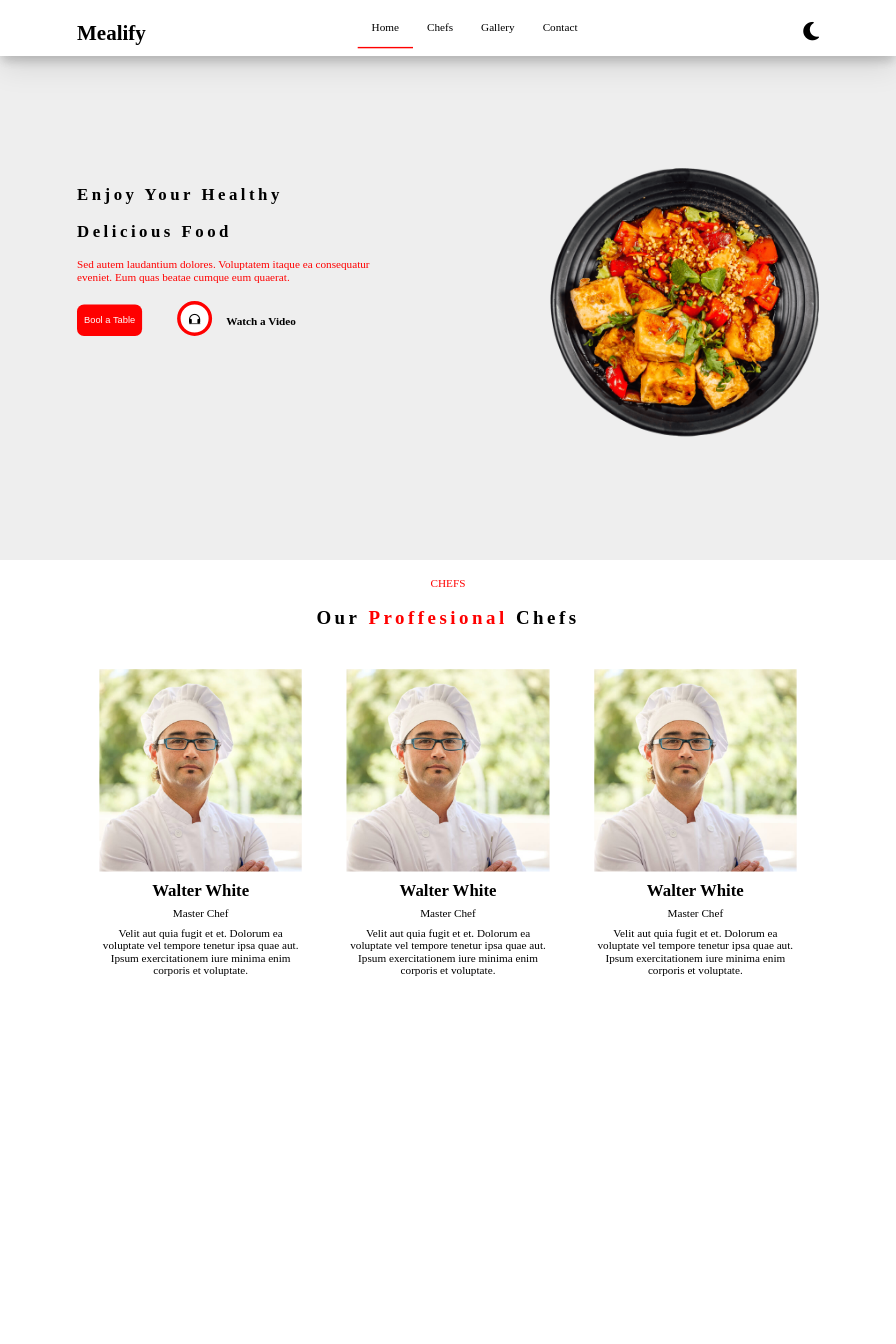
Repository: Ahmedalid/New-project
Page: Rout/index.html
The author's editor kept a copy of each file at every save. The page is drawn from the files as they stood at one save, then again after the next save.
The browser window is 1280 px wide. The pictures show the part of the page from y = 0 to 1920 px (the page is 5000 px tall), at 70% of full size.

Above is the page before, as saved 2023-06-08 11:19:20.

### Rout/index.html
<!DOCTYPE html>
<html lang="en">

<head>
    <meta charset="UTF-8">
    <meta http-equiv="X-UA-Compatible" content="IE=edge">
    <meta name="viewport" content="width=device-width, initial-scale=1.0">
    <link rel="stylesheet" href="https://cdnjs.cloudflare.com/ajax/libs/font-awesome/6.4.0/css/all.min.css">
    <link rel="stylesheet" href="css/style.css">
    <title>Document</title>
</head>

<body>
    <!-- Start NavBar -->
    <nav>
        <div class="div-nav">
            <div class="nav-logo">
                <h1>Mealify</h1>
            </div>
            <div class="nav-item">
                <ul>
                    <li><a href="default.asp" class="home-actiev">Home</a></li>
                    <li><a href="" class="text-color">Chefs</a></li>
                    <li><a href="" class="text-color">Gallery</a></li>
                    <li><a href="" class="text-color">Contact</a></li>
                </ul>
            </div>
            <div class="nav-icon">
                <span><i class="fa-solid fa-moon"></i></span>
            </div>
        </div>
    </nav>
    <!-- End NavBar -->

    <!-- Start Header -->
    <header>
        <div class="div-header">
            <div class="content-header container">
                <h2 class="mt li">Enjoy Your Healthy</h2>
                <h2 class="mt li">Delicious Food</h2>
                <p class="mt text-color">Sed autem laudantium dolores. Voluptatem itaque ea consequatur eveniet.
                    Eum quas beatae cumque eum quaerat.</p>
                <div class="d-flex">
                    <button class="btn-Boolatable">Bool a Table</button>
                    <div class="d-flex mt  ">
                        <a href="" class="icone-headphones"> <span class="headphones d-center"> <i
                                    class="fa-solid fa-headphones "></i></span> </a>
                        <span class="Video">Watch a Video</span>
                    </div>
                </div>
            </div>
            <div class="content-header container">
                <div class="img-header ">
                    <img src="img/hero-img.png" alt="">
                </div>
            </div>
        </div>
    </header>
    <!-- End Header -->
    <section class="container">
        <p class="text-center text-color mt">CHEFS</p>
        <h5 class="li text-center our-section mt">
            Our
            <span class="text-color">Proffesional</span>
            Chefs
        </h5>
        <!-- Card And Img -->
     <div class="d-bettwen">
        <div class="mt card-img">
            <div class="">
                <img src="img/chefs-3.jpg" alt="">
                <h2 class="text-center mt-1">Walter White </h5>
                <p class="text-center mt-1">Master Chef</p>
                <p class="text-center mt-1">
                    Velit aut quia fugit et et. Dolorum ea voluptate vel
                     tempore tenetur ipsa quae aut. Ipsum
                    exercitationem iure minima enim corporis et voluptate.
                </p>

            </div>

        </div>
        <div class="mt card-img">
            <div class="">
                <img src="img/chefs-3.jpg" alt="">
                <h2 class="text-center mt-1">Walter White </h5>
                <p class="text-center mt-1">Master Chef</p>
                <p class="text-center mt-1">
                    Velit aut quia fugit et et. Dolorum ea voluptate vel
                     tempore tenetur ipsa quae aut. Ipsum
                    exercitationem iure minima enim corporis et voluptate.
                </p>

            </div>

        </div>
        <div class="mt card-img">
            <div class="">
                <img src="img/chefs-3.jpg" alt="">
                <h2 class="text-center mt-1">Walter White </h5>
                <p class="text-center mt-1">Master Chef</p>
                <p class="text-center mt-1">
                    Velit aut quia fugit et et. Dolorum ea voluptate vel
                     tempore tenetur ipsa quae aut. Ipsum
                    exercitationem iure minima enim corporis et voluptate.
                </p>

            </div>

        </div>
    </div>
    </section>
</body>

</html>

### Rout/css/style.css
*{
    margin: 0;
    padding: 0;
    box-sizing: border-box;
}
body{
    height: 5000px;
}
nav{
    box-shadow: 0px 16px 43px 0px rgba(0,0,0,0.1),0px 10px 15px -3px rgba(0,0,0,0.1),0px 10px 15px -3px rgba(0,0,0,0.1);
       height: 80px;
       position: sticky;
       top: 0;
       left: 0;
       overflow: auto;
       background-color: white;
}
.div-nav{
     margin: auto 110px;
    display: flex;
   margin-top: 30px;
    justify-content: space-between;
}
.container{
    margin: auto 110px;
}
.nav-item ul li{
    list-style: none;

    width: 100%;

}
.nav-item ul li a{
     text-decoration: none;
     color: black;
     padding: 20px;
     outline: none;
     transition: 0.5;
     font-weight: 400;
}
.nav-item ul li a:hover{
    border-bottom: 2px solid red;
}
.nav-item ul {
          display: flex;
    justify-content: space-between;

}
.nav-logo h1{
    font-weight: bold;
    font-size: 30px;
}
.home-actiev{
    border-bottom: 2px solid red;
    font-weight: bold;
}
.nav-icon span i{
    font-size: 30px;
}
/* End NavBar */
/* Start Header */
/* Start Header */
.div-header{
    display: flex;
}
header{
    background-color: #eeeeee;
    overflow: auto;
    height: 100vh;
}
.content-header{
  margin-top: 160px;
}
img{
    width: 100%;
}
.mt{
    margin-top: 25px;
}
.li{
    letter-spacing: 5px;
}
.text-color{
    color: #7f7f90;
}
.d-flex{
    display: flex;
}
.btn-Boolatable{
    border: none;
    outline: none;
    background-color: red;
    color: white;
    padding: 10px;
    border-radius: 10px;
    margin-top: 30px;
}
.headphones{
    background-color: white;
    border-radius: 50%;
    width: 50px;
    height: 50px;
    border: 5px solid red;
    margin-left: 50px;
    cursor: pointer;
}
.d-center{
    display: flex;
    justify-content: center;
    align-items: center;
}
.Video{
    margin-top: 20px;
    margin-left: 20px;
    font-weight: bold;
    cursor: pointer;
    transition: 0.5s;
}
.Video:hover{
    color: red;
}
.icone-headphones{
    color: black;
    list-style: none;
}

.text-center{
    text-align: center;
    /* margin-top: 50px; */
}
.text-color{
    color: red;
}
.our-section{
    font-size: 27px;
}
.d-bettwen{
    /* width: 33%;
    display: inline-block; */
    display: flex;
    justify-content: space-between;
    transition: 0.5s;
}
.mt-1{
    margin-top: 10px;
}
.card-img h4{
    font-weight:bold;
}
.card-img:hover{
    transform: scale(1.1 , 1.1);
    cursor: pointer;
    transition: 0.5s;
}
.card-img{
    border: 2pc solid white;
}

After the next save:
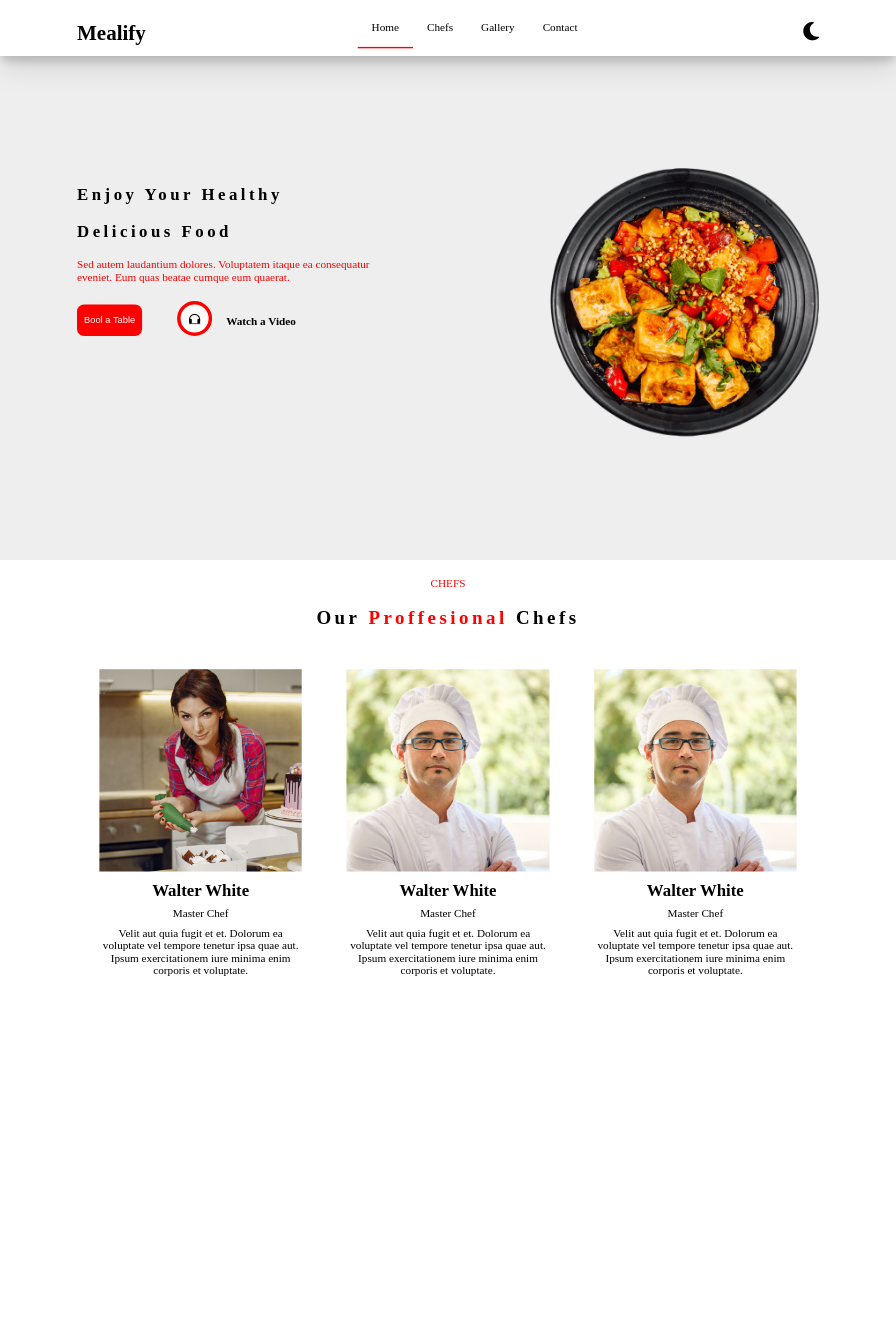
Saved 108 s later.
--- a/Rout/index.html
+++ b/Rout/index.html
@@ -68,7 +68,7 @@
      <div class="d-bettwen">
         <div class="mt card-img">
             <div class="">
-                <img src="img/chefs-3.jpg" alt="">
+                <img src="img/chefs-2.jpg" alt="">
                 <h2 class="text-center mt-1">Walter White </h5>
                 <p class="text-center mt-1">Master Chef</p>
                 <p class="text-center mt-1">
